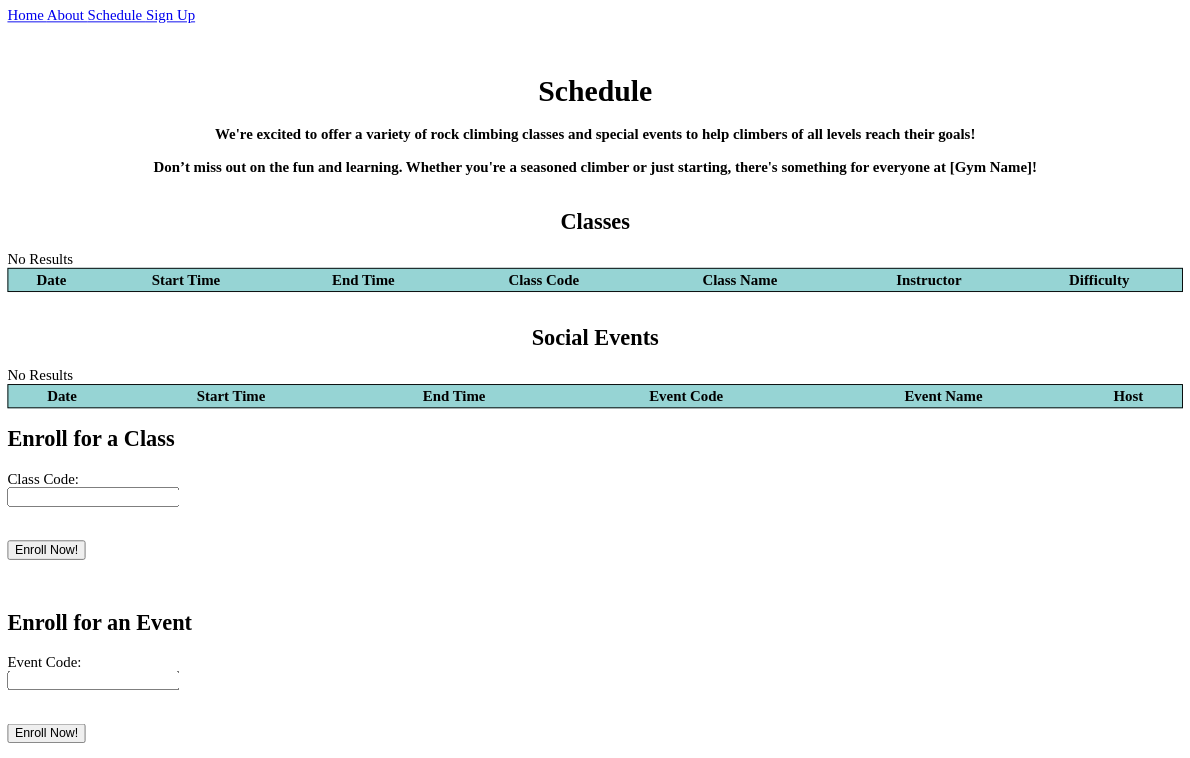
Repository: jennefercampoverde/Rock-Climb-Up
Page: http://localhost/climberSchedule.php
These files come from the project's save history. The page is drawn as it stood at one moment and after the next save; the edit follows.
The browser window is 1280 px wide. The pictures show the whole page, at 93% of full size.
The page is run by PHP 8.4 with error messages shown; the project is at /var/www/html/. Queries for data that is not in the repository find no rows.

Above is the page before, as saved 2024-12-09 01:08:56.

### climberSchedule.php
<html>
<head>
    <link rel="stylesheet" type="text/css" href="style.css">
</head>
<body>
     <div id="topnav">
        <a href="index.html"> Home </a>
        <a href="dashboard.html"> About </a>
        <a href="climberSchedule.php"> Schedule </a>
        <a href="register.html"> Sign Up </a>
     </div>
</body>

<body>
    <br>
    <br>
    <br>
    <h1 id = "ClimberHeader">
        Schedule
    </h1>
    <br>
    <h4 id = "ClimberHeader">
        We're excited to offer a variety of rock climbing classes and special events to help climbers of all levels reach their goals!
    </h4>
    <br>
    <h4 id = "ClimberHeader">
        Don’t miss out on the fun and learning. Whether you're a seasoned climber or just starting, there's something for everyone at [Gym Name]!
    </h4>
    <br>
    <br>
</body>

<body>
    <h2 class="tableHeaders"> Classes </h2>
    <br>
    <table class="tablesFormatClasses">
        <tr class="bg-dark text-white">
            <th>Date</th>
            <th>Start Time</th>
            <th>End Time</th>
            <th>Class Code</th>
            <th>Class Name</th>
            <th>Instructor</th>
            <th>Difficulty</th>
        </tr>
        <?php
        // Database information
        $servername = "localhost";
        $username = "root";
        $password = "";
        $dbname = "seproject2";

        $conn = new mysqli($servername, $username, $password, $dbname);
        // establishing database connection
        if ($conn->connect_error) {
            die("Connection failed: " . $conn->connect_error);
        }

        // retrieving data from classes table
        $sql = "SELECT * FROM classes";
        $result = $conn->query($sql);

        if ($result->num_rows >0){
            while ($row = $result-> fetch_assoc()){
                echo "<tr>
                <td>" . $row['Date'] . "</td>
                <td>" . $row['StartTime'] . "</td>
                <td>" . $row['EndTime'] . "</td>
                <td>" . $row['ClassID'] . "</td>
                <td>" . $row['ClassName'] . "</td>
                <td>" . $row['UserID'] . "</td>
                <td>" . $row['Difficulty'] . "</td>
                </tr>";
            }
        } else{
            echo"No Results";
        }
        ?>
    </table>
    <br>
    <br>
</body>
<body>
    <h2 class="tableHeaders"> Social Events </h2>
    <br>
    <table class="tablesFormatClasses">
        <tr class="bg-dark text-white">
            <th>Date</th>
            <th>Start Time</th>
            <th>End Time</th>
            <th>Event Code</th>
            <th>Event Name</th>
            <th>Host</th>
        </tr>
        <?php
        // Database information
        $servername = "localhost";
        $username = "root";
        $password = "";
        $dbname = "seproject2";

        $conn = new mysqli($servername, $username, $password, $dbname);
        // establishing database connection
        if ($conn->connect_error) {
            die("Connection failed: " . $conn->connect_error);
        }

        // retrieving data from classes table
        $sql = "SELECT * FROM events";
        $result = $conn->query($sql);

        if ($result->num_rows >0){
            while ($row = $result-> fetch_assoc()){
                echo "<tr>
                <td>" . $row['Date'] . "</td>
                <td>" . $row['StartTime'] . "</td>
                <td>" . $row['EndTime'] . "</td>
                <td>" . $row['EventID'] . "</td>
                <td>" . $row['EventName'] . "</td>
                <td>" . $row['UserID'] . "</td>
                </tr>";
            }
        } else{
            echo"No Results";
        }
        ?>
    </table>
</body>
<?php
// Database infor
$servername = "localhost";
$username = "root";
$password = "";
$dbname = "seproject2";

$conn = new mysqli($servername, $username, $password, $dbname);
// establishing connection
if ($conn->connect_error) {
    die("Connection failed: " . $conn->connect_error);
}

// Handle form submission
if ($_SERVER["REQUEST_METHOD"] == "POST") {
    if (isset($_POST['ClassID'])) { // Class Enrollment Form Submission
        $classCode = $_POST['ClassID'];

        // Check if class code exists in the database
        $classCheckQuery = "SELECT * FROM classes WHERE ClassID = ?";
        $stmt = $conn->prepare($classCheckQuery);
        $stmt->bind_param("s", $classCode);
        $stmt->execute();
        $classResult = $stmt->get_result();

        if ($classResult->num_rows > 0) {
            // If class code is valid, increment seats
            $updateClassQuery = "UPDATE classes SET seats = seats + 1 WHERE ClassID = ?";
            $stmt3 = $conn->prepare($updateClassQuery);
            $stmt3->bind_param("s", $classCode);

            if ($stmt3->execute()) {
                echo "Enrollment successful! Participants count updated.";
            } else {
                echo "Error: " . $stmt3->error;
            }
            $stmt3->close();
        } else {
            echo "Error: Invalid class code.";
        }

        $stmt->close();
    }

    if (isset($_POST['EventID'])) { // Event Enrollment Form Submission
        $eventCode = $_POST['EventID'];

        // Check if event code exists in the database
        $eventCheckQuery = "SELECT * FROM events WHERE EventID = ?";
        $stmt2 = $conn->prepare($eventCheckQuery);
        $stmt2->bind_param("s", $eventCode);
        $stmt2->execute();
        $eventResult = $stmt2->get_result();

        if ($eventResult->num_rows > 0) {
            // If event code is valid, increment seats
            $updateEventQuery = "UPDATE events SET seats = seats + 1 WHERE EventID = ?";
            $stmt4 = $conn->prepare($updateEventQuery);
            $stmt4->bind_param("s", $eventCode);

            if ($stmt4->execute()) {
                echo "Enrollment successful! Participants count updated.";
            } else {
                echo "Error: " . $stmt4->error;
            }
            $stmt4->close();
        } else {
            echo "Error: Invalid event code.";
        }

        $stmt2->close();
    }

    $conn->close();
}
?>
<body>
    <div class="container">
        <div class="form-container">
            <h2>Enroll for a Class</h2>
            <form method="POST">
                <label for="classID">Class Code:</label><br>
                <input type="text" id="classID" name="ClassID" required><br><br><br>
                <button type="submit">Enroll Now!</button>
            </form>
        </div>
    </div>

    <br>

    <div class="container">
        <div class="form-container">
            <h2>Enroll for an Event</h2>
            <form method="POST">
                <label for="eventID">Event Code:</label><br>
                <input type="text" id="eventID" name="EventID" required><br><br><br>
                <button type="submit">Enroll Now!</button>
            </form>
        </div>
    </div>

</body>
</html>

### style.css


#ClimberHeader,.tableHeaders, .headers
{
    margin: auto;
    text-align: center;

}

.tablesFormatClasses{
    border: 1px solid;
    text-align: center;
    width: 100%;
    background-color: #96D4D4;

}
.tablesFormatEvents{
    border: 1px solid;
    text-align: center;
    width: 100%;
    background-color: #96D4A4;
}

.tablesFormatForms {
  border: 1px solid;
  text-align: center;
  margin-top:50px;
  border:none;
  width: 80%;
  border-collapse: collapse;
  margin-left:10%;
  margin-right:10%;
}

.tablesFormatForms td {
  width: 33%;
  vertical-align: top;
}

.dashboardContainers {
  height: auto;
  width: 95%;
  padding: 10px;
  border:3px solid black;
  border-radius:5px;
  text-align: center;
}



.tablesFormatClasses tr:hover, .tablesFormatEvents tr:hover, .tablesFormatUsers tr:hover{
    background-color:  #D6EEEE;
}

.tablesFormatForms tr{
  width:100%;
}

.tablesFormatUsers{
    border: 1px solid;
    text-align: center;
    width: 100%;
    background-color: #B660A4;
}

.dashboardContainers form {
  width: 90%; /* Uniform width for all forms */
  margin: 0 auto; /* Center the forms */
}

.dashboardContainers label, .dashboardContainers input {
  display: block; /* Stack form elements vertically */
  width: 90%; /* Consistent width for labels and inputs */
  margin: 10px auto; /* Add spacing and center the elements */
  box-sizing: border-box;
}

.dashboardContainers input[type="text"] {
  padding: 5px; /* Add padding for better appearance */
}

.dashboardContainers input[type="submit"] {
  width: auto; /* Adjust button width automatically */
  padding: 5px 15px;
  cursor: pointer;
}

.staff {
  width:50%;
  height:50%;
}

.tablesFormatStaff {
  text-align: center;
  margin-top:50px;
  border:none;
  width: 80%;
  border-collapse: collapse;
  margin-left:10%;
  margin-right:10%;
}

.tablesFormatStaff td {
  width: 33%;
  vertical-align: top;
}

.staffContainers {
  height: auto;
  width: 95%;
  padding: 10px;
  border-radius:5px;
  text-align: center;
}

#home {
  background-color:#111;
  color:white;
}

#allText {
  margin-right:5%;
  margin-left:5%;
}

#allText div p {
	font-size:24px;
}

.scroll {
	scroll-snap-align:center;
	text-align:center;
	flex:none;
	margin-bottom:200px;
}

.scroll-animation {
	scroll-snap-align:center;
	text-align:center;
	flex:none;
	margin-bottom:250px;
	opacity: 0;
	transform: translateY(20px); /* Example animation: Slide up from bottom */
	transition: opacity 0.5s ease, transform 0.5s ease;
}

.scroll-animation.is-visible {

  opacity: 1;

  transform: translateY(0);

}

.test {
	border:none;
}

/* Dropdown Button */
.dropbtn {
  background-color: #3498DB;
  color: white;
  padding: 10px;
  font-size: 16px;
  border: none;
  cursor: pointer;
}

/* Dropdown button on hover & focus */
.dropbtn:hover, .dropbtn:focus {
  background-color: #2980B9;
}

/* The container <div> - needed to position the dropdown content */
.dropdown {
  position: relative;
  display: inline-block;
}

/* Dropdown Content (Hidden by Default) */
.dropdown-content {
  display: none;
  position: absolute;
  background-color: #f1f1f1;
  min-width: 160px;
  box-shadow: 0px 8px 16px 0px rgba(0,0,0,0.2);
  z-index: 1;
}

/* Links inside the dropdown */
.dropdown-content a {
  color: black;
  padding: 12px 16px;
  text-decoration: none;
  display: block;
}

/* Change color of dropdown links on hover */
.dropdown-content a:hover {
  background-color: #ddd;
}

/* Show the dropdown menu (use JS to add this class to the .dropdown-content container when the user clicks on the dropdown button) */
.show {
  display:block;
}
.scrollDownTextUnenroll{
  text-align: center;
caption-side: bottom;
color:white



}

.errorText{
  color: red;
}

After the next save:
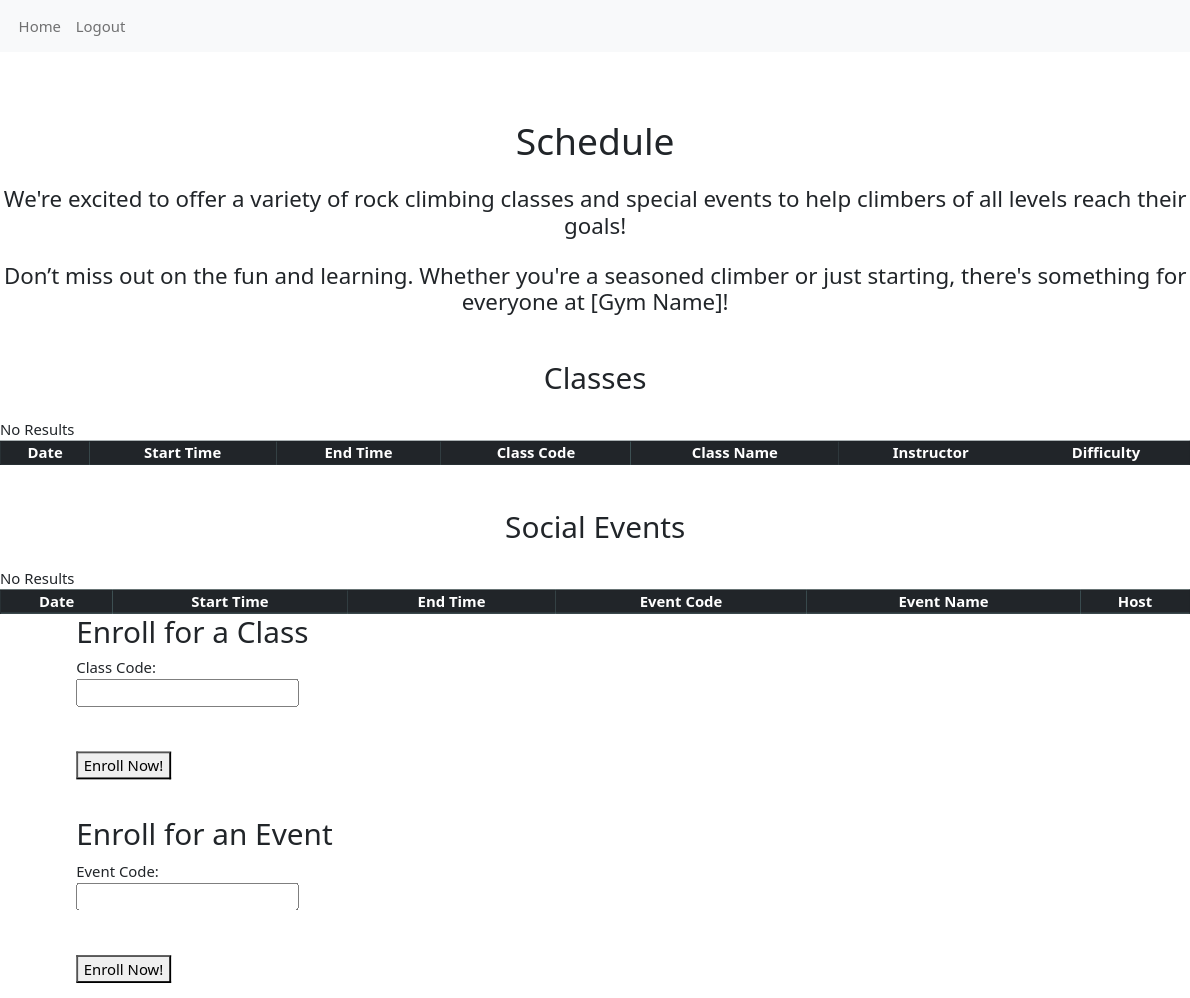
Saved 10 min 27 s later.
--- a/climberSchedule.php
+++ b/climberSchedule.php
@@ -2,16 +2,27 @@
 <head>
     <link rel="stylesheet" type="text/css" href="style.css">
 </head>
-<body>
-     <div id="topnav">
-        <a href="index.html"> Home </a>
-        <a href="dashboard.html"> About </a>
-        <a href="climberSchedule.php"> Schedule </a>
-        <a href="register.html"> Sign Up </a>
-     </div>
-</body>
-
-<body>
+<head>
+    <meta charset="utf-8">
+    <meta name="viewport" content="width=device-width, initial-scale=1">
+    <title> Dashboard </title>
+
+    <link href="https://cdn.jsdelivr.net/npm/bootstrap@5.2.3/dist/css/bootstrap.min.css" rel="stylesheet" integrity="sha384-rbsA2VBKQhggwzxH7pPCaAqO46MgnOM80zW1RWuH61DGLwZJEdK2Kadq2F9CUG65" crossorigin="anonymous">
+  </head>
+  <body>
+    <nav class="navbar navbar-expand-lg bg-light">
+      <div class="container-fluid">
+        <button class="navbar-toggler" type="button" data-bs-toggle="collapse" data-bs-target="#navbarNavAltMarkup" aria-controls="navbarNavAltMarkup" aria-expanded="false" aria-label="Toggle navigation">
+          <span class="navbar-toggler-icon"></span>
+        </button>
+        <div class="collapse navbar-collapse" id="navbarNavAltMarkup">
+          <div class="navbar-nav">
+            <a class="nav-link" href="index2.html">Home</a>
+            <a class="nav-link " aria-current="page" href="logout.php">Logout</a>
+          </div>
+        </div>
+      </div>
+    </nav>
     <br>
     <br>
     <br>
